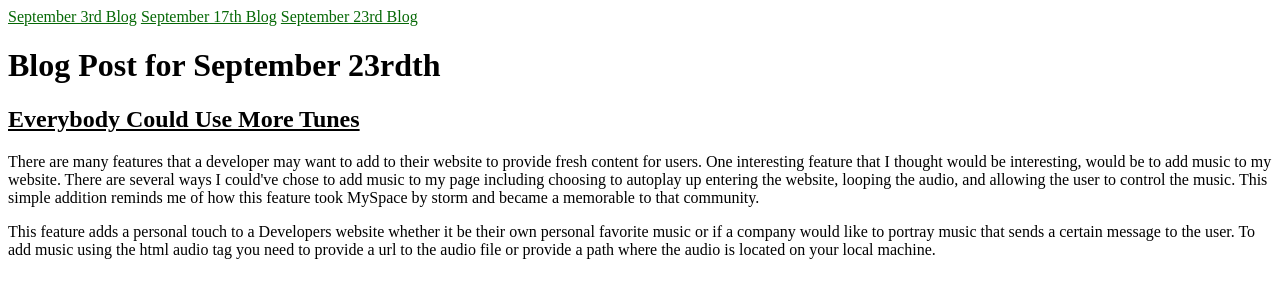
Repository: alharama/WebBlog
Page: Sept_23.html
An editor plug-in stored every save of this project. The page is shown before and after the next save, followed by the edit.
The browser window is 1280 px wide. The pictures show the whole page.

Above is the page before, as saved 2021-09-23 23:23:36.

After the next save:
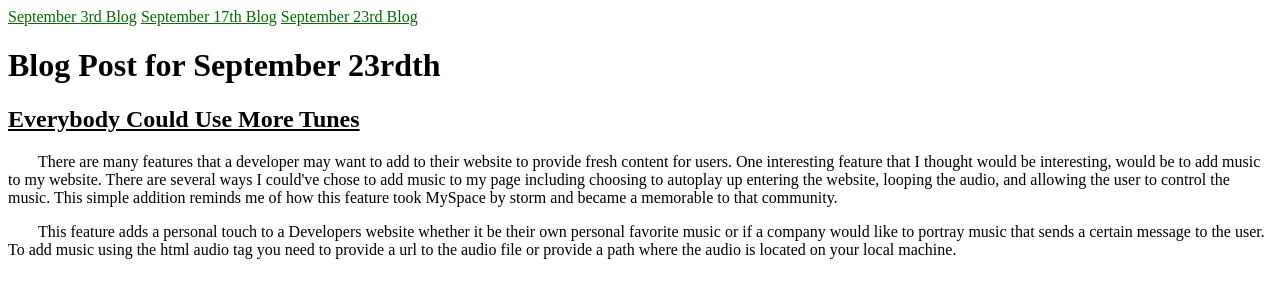
Saved 21 s later.
--- a/Sept_23.html
+++ b/Sept_23.html
@@ -45,7 +45,7 @@
 
     <h1>Blog Post for September 23rdth</h1>
     <h2>Everybody Could Use More Tunes</h2>
-    <p>
+    <p id = "writeup">
             There are many  features that a developer may want to add to their website to provide fresh
         content for users. One interesting feature that I thought would be interesting, would be to add music to my website.
         There are several ways I could've chose to add music to my page including choosing to autoplay up entering the website,
@@ -53,7 +53,7 @@
         by storm and became a memorable to that community.
     </p>
 
-    <p>
+    <p id="writeup">
         This feature adds a personal touch to a Developers website whether it be their own personal favorite music or if a company
         would like to portray music that sends a certain message to the user. To add music using the html audio tag you need to
         provide a url to the audio file or provide a path where the audio is located on your local machine.
